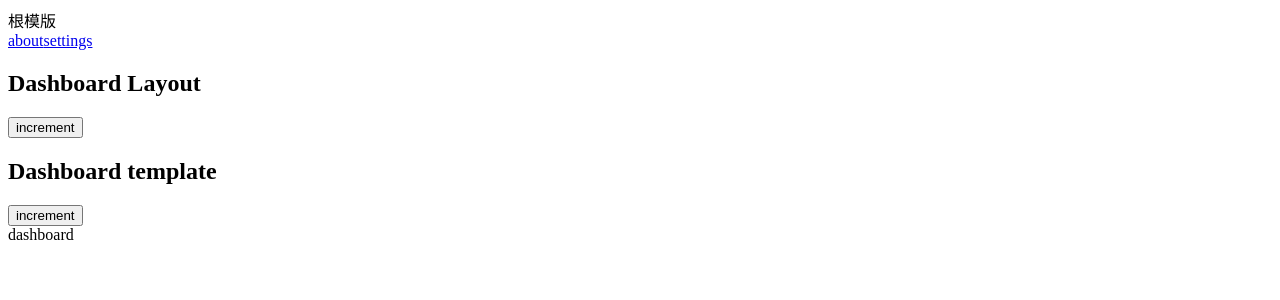
Repository: yunian23/my-app
Page: /dashboard/settings
These files come from the project's save history. The page is drawn as it stood at one moment and after the next save; the edit follows.
The browser window is 1280 px wide. The pictures show the whole page.
The project was rebuilt for these pictures with package versions that can differ from the ones it lists, and the page was loaded fresh each time. The framework's server and built-in components were replaced by stand-ins that run in the browser. Also part of the build but not shown: next.config.ts.

Above is the page before, as saved 2024-12-03 22:28:08.

### app/layout.tsx
/*
 * @Author: wanglijuan
 * @Date: 2024-11-28 21:21:44
 * @LastEditors: wanglijuan
 * @LastEditTime: 2024-12-03 22:11:42
 */
import 'tailwindcss/tailwind.css'


export default function RootLayout({
  children,
}: Readonly<{
  children: React.ReactNode;
}>) {
  return (
    <html lang="en">
      <body>
        根模版
        {children}
      </body>
    </html>
  );
}

### app/dashboard/layout.tsx
"use client"

import Link from "next/link";
import { useState } from "react";

/*
 * @Author: wanglijuan
 * @Date: 2024-12-03 21:54:46
 * @LastEditors: wanglijuan
 * @LastEditTime: 2024-12-03 22:26:02
 */
export default function DashboardLayout({
  children,
}: Readonly<{
  children: React.ReactNode;
}>) {
  const [count,setCount] = useState(0)
  return (
    <div className="border-2 border-dashed border-black p-4 w-1/2 mx-auto mt-10">
      <div className="flex gap-4 font-bold text-lg mb-4 text-purple-500">
        <Link href="/dashboard/about">about</Link>
        <Link href="/dashboard/settings">settings</Link>
      </div>
      <h2>Dashboard Layout</h2>
      <button className="bg-black text-white p-2 my-4 rounded-md" onClick={() => setCount(count+1)}>increment</button>
      {children}
    </div>
  );
}

### app/dashboard/template.tsx
"use client"

import Link from "next/link";
import { useState } from "react";

/*
 * @Author: wanglijuan
 * @Date: 2024-12-03 21:54:46
 * @LastEditors: wanglijuan
 * @LastEditTime: 2024-12-03 22:24:35
 */
export default function DashboardTemplate({
  children,
}: Readonly<{
  children: React.ReactNode;
}>) {
  const [count,setCount] = useState(0)
  return (
    <div className="border-2 border-dashed border-black p-4 mx-auto mt-10">
      <h2>Dashboard template</h2>
      <button className="bg-black text-white p-2 my-4 rounded-md" onClick={() => setCount(count+1)}>increment</button>
      {children}
    </div>
  );
}

### app/dashboard/settings/page.tsx
/*
 * @Author: wanglijuan
 * @Date: 2024-12-03 21:58:39
 * @LastEditors: wanglijuan
 * @LastEditTime: 2024-12-03 21:59:09
 */
export default function Dashboard() {
  return (
    <div>
       dashboard
    </div>
  );
}

After the next save:
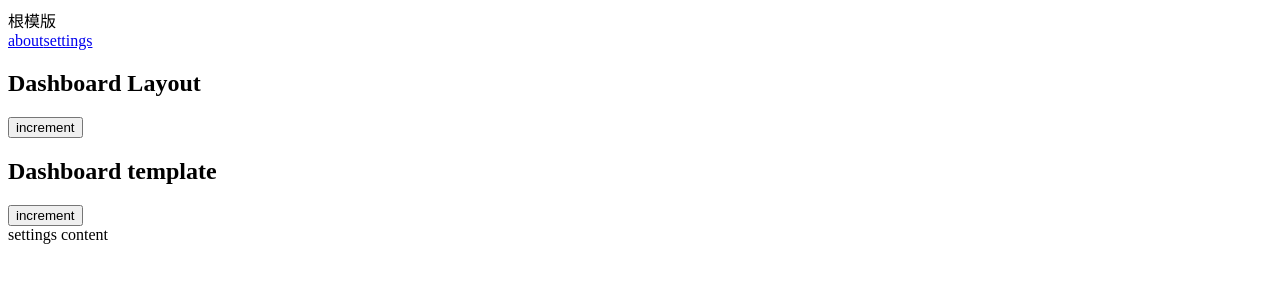
Saved 21 s later.
--- a/app/dashboard/settings/page.tsx
+++ b/app/dashboard/settings/page.tsx
@@ -2,12 +2,12 @@
  * @Author: wanglijuan
  * @Date: 2024-12-03 21:58:39
  * @LastEditors: wanglijuan
- * @LastEditTime: 2024-12-03 21:59:09
+ * @LastEditTime: 2024-12-03 22:28:29
  */
 export default function Dashboard() {
   return (
     <div>
-       dashboard
+      settings content
     </div>
   );
 }
